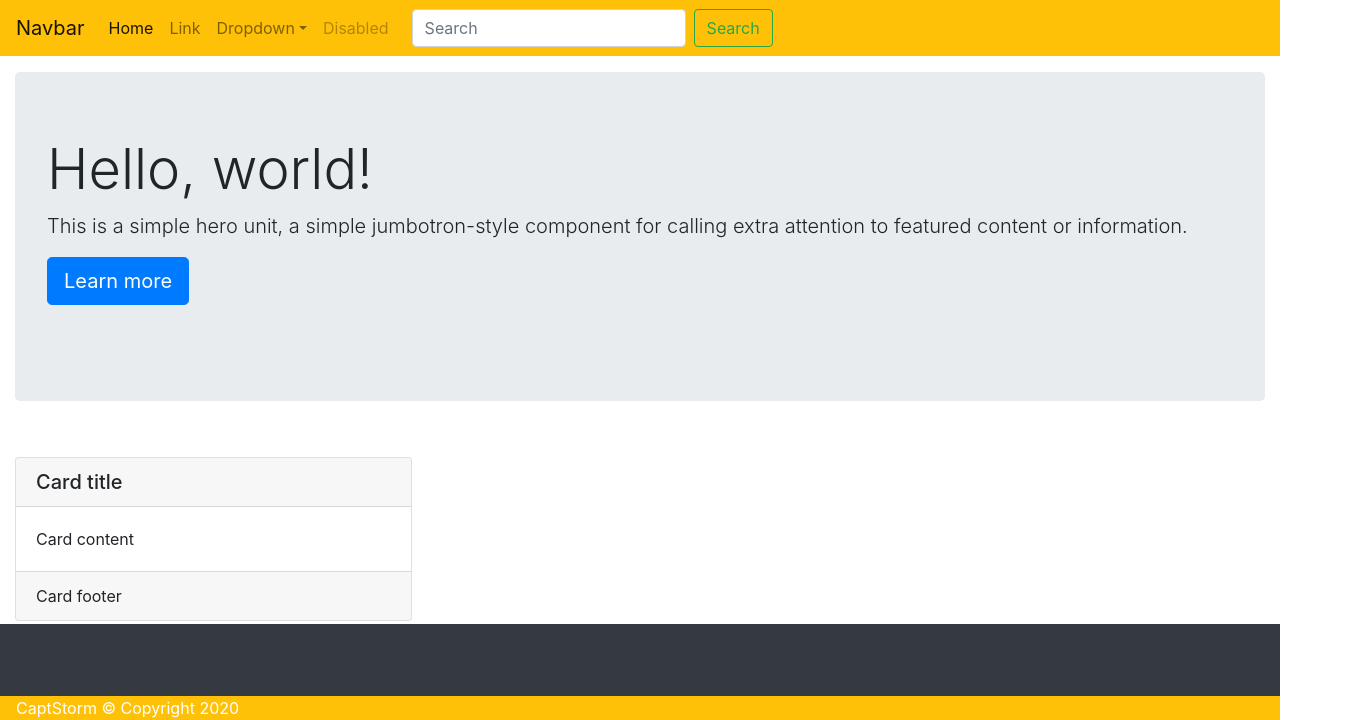
Repository: CaptainStorm21/complete-react16-bootstrap-passing-props
Page: /
An editor plug-in stored every save of this project. The page is shown before and after the next save, followed by the edit.
The browser window is 1280 px wide. The page is 1366 px wide, then 1359 px, so the pictures cover 1366 px, including what lies to the right of the window. The pictures show the whole page.
The project was rebuilt for these pictures with package versions that can differ from the ones it lists, and the page was loaded fresh each time.

Above is the page before, as saved 2020-04-23 14:18:06.

### public/index.html
<!DOCTYPE html>
<html lang="en">
<head>
  <title>Bootstrap Example</title>
  <meta charset="utf-8">
  <meta name="viewport" content="width=device-width, initial-scale=1">
  <link rel="stylesheet" href="https://maxcdn.bootstrapcdn.com/bootstrap/4.4.1/css/bootstrap.min.css">
  <script src="https://ajax.googleapis.com/ajax/libs/jquery/3.4.1/jquery.min.js"></script>
  <script src="https://cdnjs.cloudflare.com/ajax/libs/popper.js/1.16.0/umd/popper.min.js"></script>
  <script src="https://maxcdn.bootstrapcdn.com/bootstrap/4.4.1/js/bootstrap.min.js"></script>
</head>
<body>
<div id="root"></div>

</body>
</html>

### src/index.js
import React from 'react';
import ReactDOM from 'react-dom';
import './style.css';
import App from './App';
import * as serviceWorker from './serviceWorker';


ReactDOM.render(
  <React.StrictMode>
    <App />
  </React.StrictMode>,
  document.getElementById('root')
);

// If you want your app to work offline and load faster, you can change
// unregister() to register() below. Note this comes with some pitfalls.
// Learn more about service workers: https://bit.ly/CRA-PWA
serviceWorker.unregister();

### src/style.css




body {
  margin: 0;
  font-family: -apple-system, BlinkMacSystemFont, 'Segoe UI', 'Roboto', 'Oxygen',
    'Ubuntu', 'Cantarell', 'Fira Sans', 'Droid Sans', 'Helvetica Neue',
    sans-serif;
  -webkit-font-smoothing: antialiased;
  -moz-osx-font-smoothing: grayscale;
}

.footer {
  position: absolute;
  bottom: 0;
  width: 100%;
  height: 60px; /* Set the fixed height of the footer here */
  line-height: 60px; /* Vertically center the text there */
  background-color: purple;
}

### src/App.js
import React from "react";
import Main from "./components/Main";
import ContanerCard from "./components/ContainerCard";

import Header from "./components/layout/Header";
import Footer from "./components/layout/Footer";

function App() {
  return (
    <div>
      <Header />
      <div classNameName="container-fluid">
        <div className="col-lg-12 py-3">
          <Main />
        </div>
        <div className="container-fluid">
          <div className="row">
            <ContanerCard />
          </div>
        </div>
        <Footer />
      </div>
    </div>
  );
}

export default App;

### src/components/Main.js
import React from "react";

function Main() {
  return (
    <div className="jumbotron">
      <h1 className="display-4">Hello, world!</h1>
      <p className="lead">
        This is a simple hero unit, a simple jumbotron-style component for
        calling extra attention to featured content or information.
        <p className = "py-3">
        <a className="btn btn-primary btn-lg" href="#" role="button">
          Learn more
        </a>
        </p>
      </p>
    </div>
  );
}

export default Main;

### src/components/ContainerCard.js
import React from "react";

function ContainerCard() {
  return (
    <div className="col-md-4 col-lg-4 py-2">
    <div className="card">
      <h5 className="card-header">Card title</h5>
      <div className="card-body">
        <p className="card-text">Card content</p>
      </div>
      <div className="card-footer">Card footer</div>
    </div>
    </div>
  );
}

export default ContainerCard;

### src/components/layout/Header.js
import React from "react";
import Navbar from "./Navbar";

function Header() {
  return (
    <nav className="navbar navbar-expand-lg navbar-light bg-warning">
              <Navbar />
    </nav>
  );
}

export default Header;

### src/components/layout/Footer.js
import React from "react";

function Footer() {
  return (
    <footer className="bg-dark py-5 fixed-bottom ">
      <div className="container"></div>
      <div className="container-fluid">
        <div className="row bg-info">
        <div className="bg-warning fixed-bottom">
          <span className="p-3 text-white">
            CaptStorm &copy; Copyright 2020
          </span>
        </div>        </div>
      </div>
    </footer>
  );
}

export default Footer;

### src/components/layout/Navbar.js
import React from "react";
import "./Nav.css";

function Navbar() {
  return (
    <>
   <a className="navbar-brand" href="/">Navbar</a>
        <button className="navbar-toggler" type="button" data-toggle="collapse" data-target="#navbarSupportedContent" aria-controls="navbarSupportedContent" aria-expanded="false" aria-label="Toggle navigation">
          <span className="navbar-toggler-icon"></span>
        </button>

        <div className="collapse navbar-collapse" id="navbarSupportedContent">
          <ul className="navbar-nav mr-auto">
            <li className="nav-item active">
              <a className="nav-link" href="/">Home <span className="sr-only">(current)</span></a>
            </li>
            <li className="nav-item">
              <a className="nav-link" href="/">Link</a>
            </li>
            <li className="nav-item dropdown">
              <a className="nav-link dropdown-toggle" href="/" id="navbarDropdown" role="button" data-toggle="dropdown" aria-haspopup="true" aria-expanded="false">
                Dropdown
              </a>
              <div className="dropdown-menu" aria-labelledby="navbarDropdown">
                <a className="dropdown-item" href="/">Action</a>
                <a className="dropdown-item" href="/">Another action</a>
                <div className="dropdown-divider"></div>
                <a className="dropdown-item" href="/">Something else here</a>
              </div>
            </li>
            <li className="nav-item">
              <a className="nav-link disabled" href="/">Disabled</a>
            </li>
          </ul>
          <form className="form-inline my-2 my-lg-0 col-10 ">
            <input className="form-control mr-sm-2" type="search" placeholder="Search" aria-label="Search" />
            <button className="btn btn-outline-success my-2 my-sm-0" type="submit">Search</button>
          </form>
        </div>
  </>
)
}

export default Navbar;

### src/components/layout/Nav.css
@media (min-width: 768px) {
    .navbar-nav {
      width: 100%;
      text-align: center;
    }
    .navbar-nav > li {
      float: none;
      display: inline-block;
    }
    .navbar-nav > li.navbar-right {
      float: right !important;
    }
  }

Loaded but not shown: src/serviceWorker.js (common file)

After the next save:
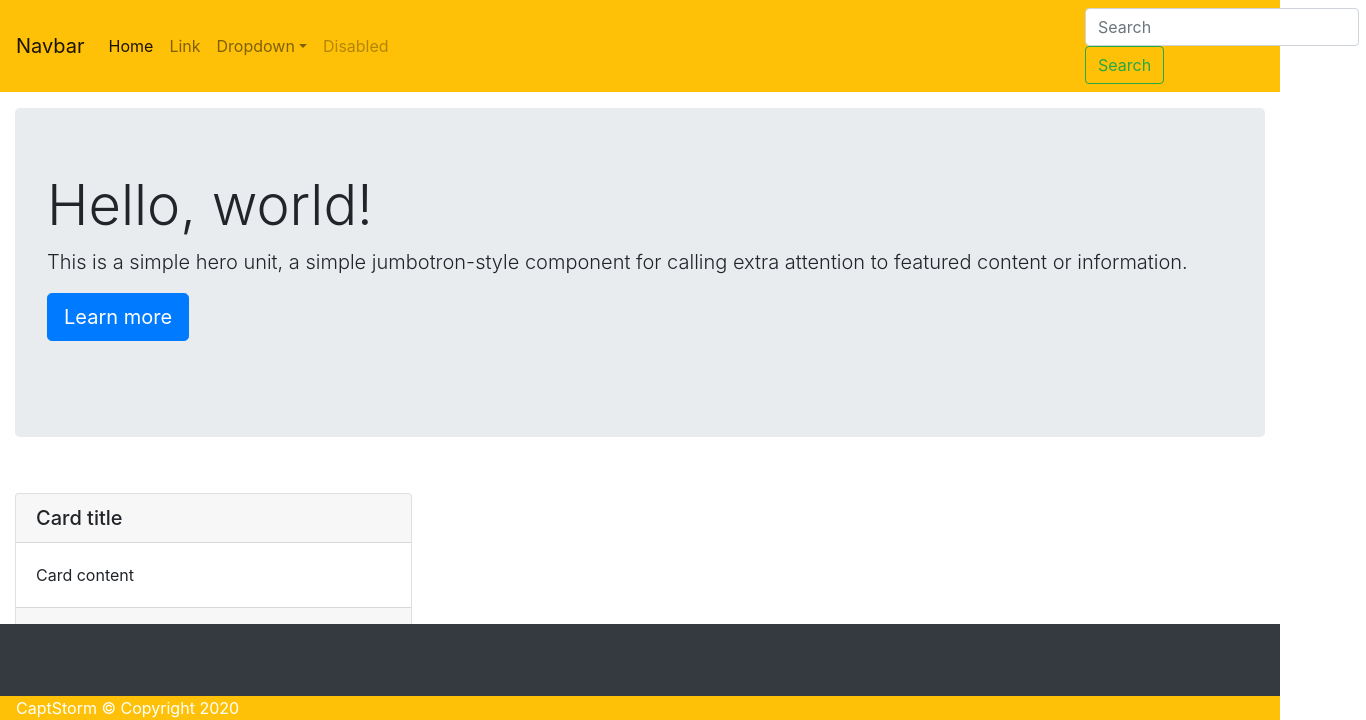
Saved 9 s later.
--- a/src/components/layout/Navbar.js
+++ b/src/components/layout/Navbar.js
@@ -32,7 +32,7 @@ function Navbar() {
               <a className="nav-link disabled" href="/">Disabled</a>
             </li>
           </ul>
-          <form className="form-inline my-2 my-lg-0 col-10 ">
+          <form className="form-inline my-2 my-lg-0 col-2 ">
             <input className="form-control mr-sm-2" type="search" placeholder="Search" aria-label="Search" />
             <button className="btn btn-outline-success my-2 my-sm-0" type="submit">Search</button>
           </form>
